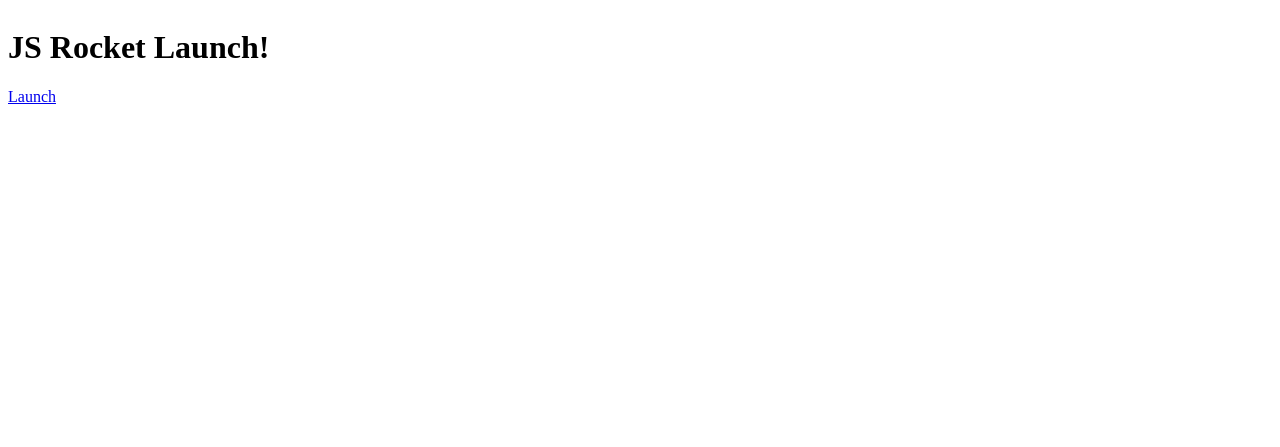
Repository: alcarrizo/Rocket-launch
Page: index.html
An editor plug-in stored every save of this project. The page is shown before and after the next save, followed by the edit.
The browser window is 1280 px wide. The pictures show the whole page.

Above is the page before, as saved 2022-10-19 19:12:42.

After the next save:
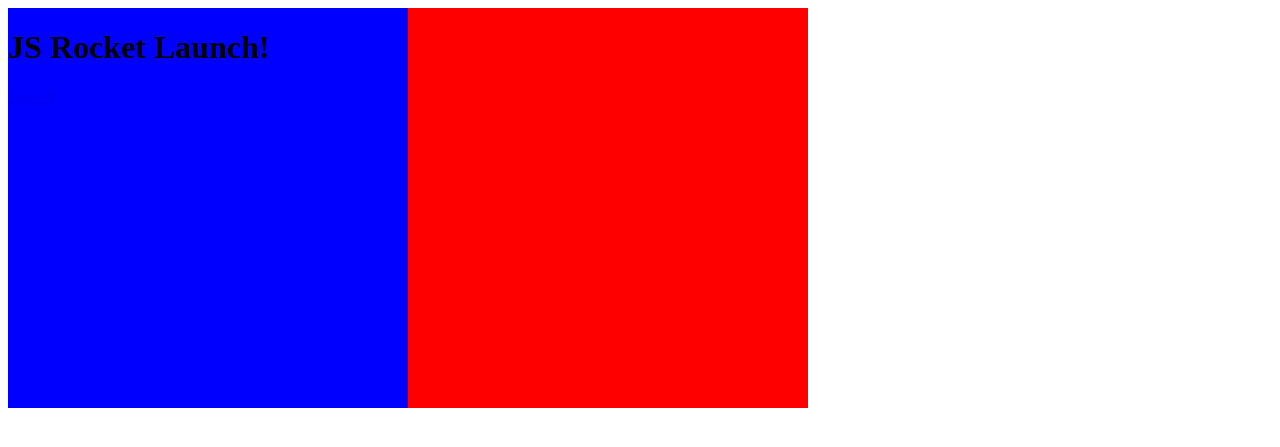
Saved 17 s later.
--- a/css/style.css
+++ b/css/style.css
@@ -5,9 +5,11 @@ body {
 .left {
     width: 400px;
     height: 400px;
+    background-color: blue;
 }
 
 .right {
     width: 400px;
     height: 400px;
+    background-color: red;
 }
